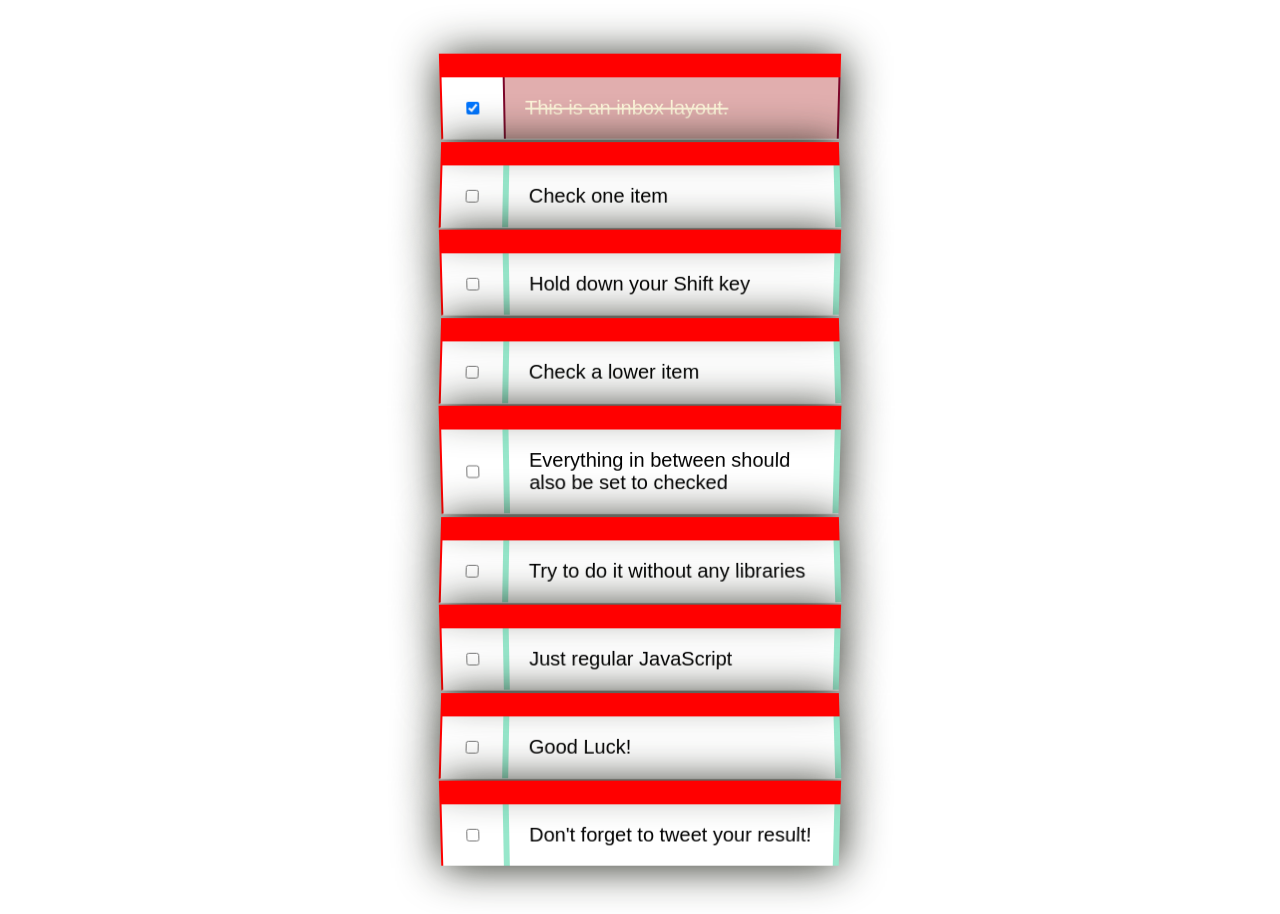
Repository: Freezler/Shift-Select-Checkboxes
Page: index.html
The author's editor kept a copy of each file at every save. The page is drawn from the files as they stood at one save, then again after the next save.
The browser window is 1280 px wide. The pictures show the whole page.
The first `input` is checked.

Above is the page before, as saved 2024-09-07 22:24:49.

After the next save:
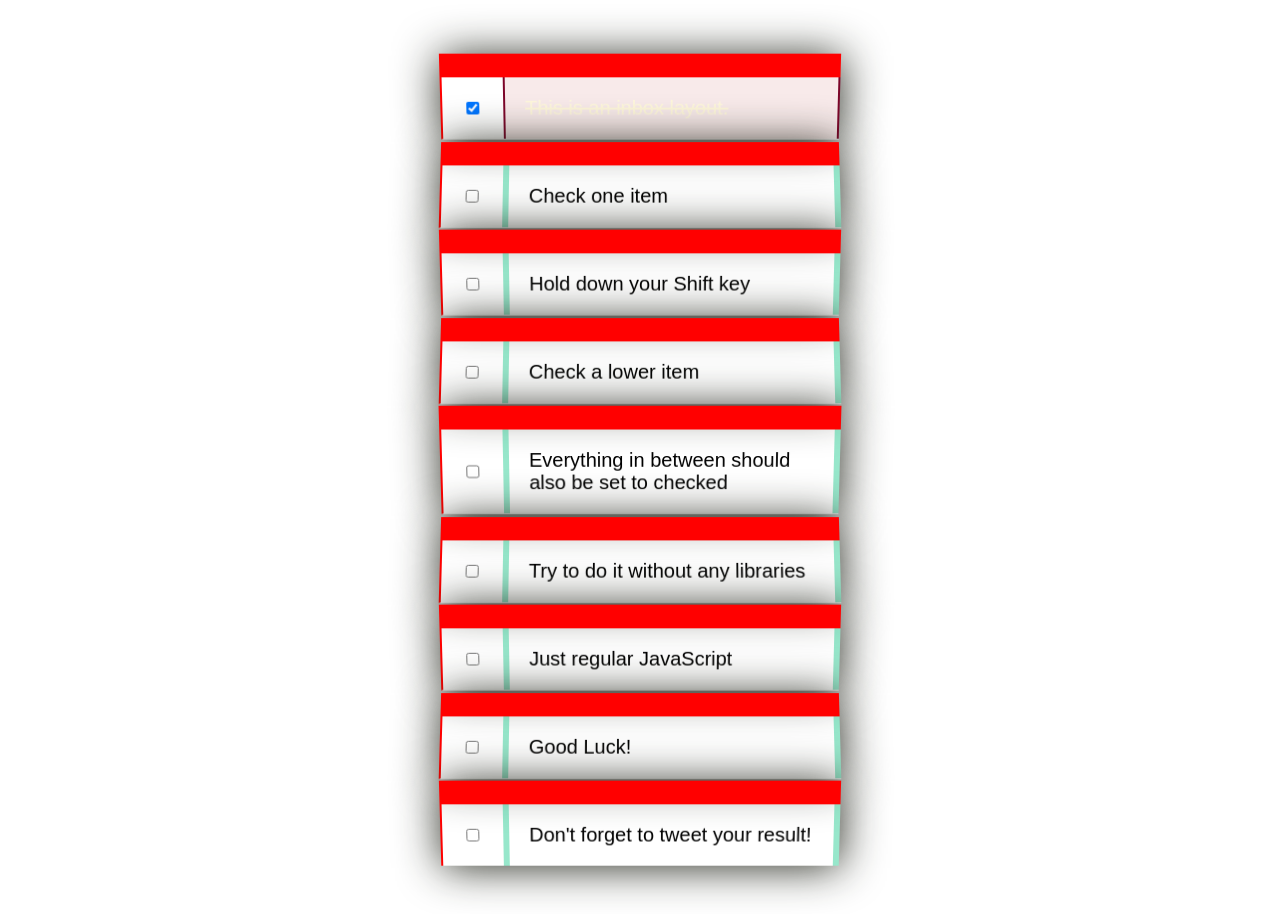
Saved 15 s later.
--- a/index.html
+++ b/index.html
@@ -49,7 +49,7 @@
     }
 
     input:checked+p {
-      background: #a3040452;
+      background: #a3040415;
       text-decoration: line-through;
       color: cornsilk;
       border-inline: 2px solid #7c0529;
